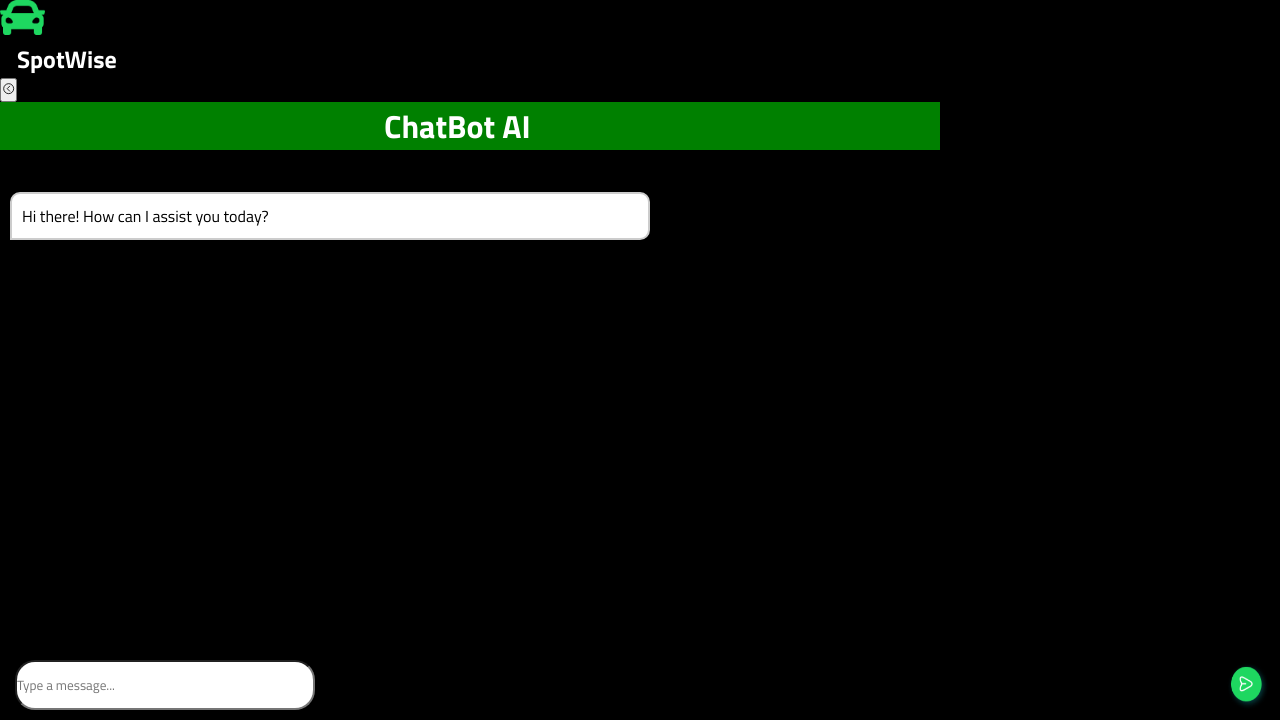
Repository: Rithingithub/SpotWise
Page: /support (app in client/)
An editor plug-in stored every save of this project. The page is shown before and after a run of saves, followed by the edit.
The browser window is 1280 px wide. The pictures show the whole page.
The project was rebuilt for these pictures with package versions that can differ from the ones it lists, and the page was loaded fresh each time. Also part of the build but not shown: client/src/pages/PhoneNumberInput.js, client/src/pages/OTPVerification.js, client/src/components/PaymentTiles.js, client/src/components/settings.js, client/src/components/history.js, client/src/components/Navbar.js, client/src/pages/box.module.css, client/src/pages/MainPage.js.

Above is the page before, as saved 2024-02-14 19:37:30.

### client/src/index.js
// index.js
import './app.module.css';
import './index.css';

import React, { useState, useEffect } from "react";
import {loadStripe} from '@stripe/stripe-js';
import {EmbeddedCheckoutProvider, EmbeddedCheckout} from '@stripe/react-stripe-js';
import { BrowserRouter as Router, Route, Routes, Navigate } from 'react-router-dom';

import SuperTokens from 'supertokens-web-js';
import Session from 'supertokens-web-js/recipe/session';
import Passwordless from 'supertokens-web-js/recipe/passwordless'

import ReactDOM from 'react-dom';
import { AuthProvider } from './pages/AuthContext';
import PhoneNumberInput from './pages/PhoneNumberInput';
import OTPVerification from './pages/OTPVerification';
import MainPage from './pages/MainPage';
import PaymentTiles from './components/PaymentTiles'
import Settings from './components/settings'
import History from './components/history'
import Support from './components/support'

SuperTokens.init({
  appInfo: {
      apiDomain: "http://localhost:8000",
      apiBasePath: "/auth",
      appName: "SpotWise",
  },
  recipeList: [
      Session.init(),
      Passwordless.init(),
  ],
});

const root=ReactDOM.createRoot(document.getElementById('root'));
root.render( <React.StrictMode>
  <AuthProvider>
    <Router>
      <Routes>
        <Route path="/" element={<MainPage />} />
        <Route path="/auth" element={<PhoneNumberInput />} />
        <Route path="/OTP" element={<OTPVerification />} />
        <Route path="/PaymentTiles" element={<PaymentTiles />} />
        <Route path="/settings" element={<Settings />} />
        <Route path="/history" element={<History />} />
        <Route path="/support" element={<Support />} />
      </Routes>
    </Router>
  </AuthProvider>
</React.StrictMode>,
);

### client/src/app.module.css
html{
  background-color: black;
}



img{
  padding-top: 0px;
  padding-left: 10px;
}

.Header{
  display: flex;
  align-items: center;
  padding-top: 10px;
}
h2{
  color: white;
  text-align: left;
  padding-left: 17px;
  padding-top: 0px;
}

.Content {
  display: flex;
  justify-content: center;
  align-items: center;

  height: 60vh;
}

.Content h1{
  color: white;
  display: flex;
  justify-content: center;
  align-items: center;
  padding-bottom: 70px;
  padding-left: 0px;

}

input[type="tel"] {
  /* Add any additional styles for the input here */
  width: 200px; /* Example width */
  height: 30px; /* Example height */
  padding: 5px;
  border: 1px solid #ccc;
  border-radius: 5px;
  background-color: #f4f4f4;
  color: #333;
  font-size: 14px;
  font-family: Arial, sans-serif;
  text-align: center;
}

.input-container {
  color: #ccc;
  display: flex;
  flex-direction: column; /* Stack children vertically */
  align-items: center; /* Center horizontally */
  gap: 50px; /* Add some vertical spacing between input and button */
}

.input-container input,
.input-container button {
  width: 200px; /* Set the desired width */
  height: 40px; /* Set the desired height */
}
.input-container button{
  background-color: rgb(23, 201, 23);
  border: 1px solid #ccc;
  border-radius: 5px;

}

label{
  color: #ccc;
}

p{
  color: #ccc;
  display: flex;
  flex-direction: column; /* Stack children vertically */
  align-items: center;

}

/*vtitle*/
.Vtitle{
  color: white;
  padding-top: 20px;
  justify-content: center;
  align-items: center;
  padding-left: 30px;
}

/* Default style for the input container */
.Vinput-container {
  display: inline-flex;
  flex-direction: row;
/*   padding-left: 0;
  padding-top: 180px; */
 /*  position: relative; */
  margin: 10px;
  padding-left: 40px;
}

/* Style for the input boxes */
.Vinput-container input[type="text"] {
  background-color: black;
  color: #ccc;
  border: none;
  border-bottom: 5px solid grey; /* Color for the bottom line */
  padding: 5px;
  width: 100px; /* Initial width is zero */
  text-align: center;
  transition: all 0.3s; /* Transition for animation */
  font-size: 18px; /* Adjust font size as needed */
  /* Add some spacing between input boxes */
}

/* Style for the input boxes when focused (clicked) */
.Vinput-container input[type="text"]:focus {
  outline: none;
  border: 2px solid green; /* Border for the entire box */
  width: 100px; /* Width when clicked, adjust as needed */
}

/* /* /* Style for the last input box, remove right margin */
.Vinput-container input[type="text"]:last-child {
  margin-right: 0px;

}
.Vinput-container input[type="text"]:first-child {
  margin-left: 0;
  }

  .VContent {
    display: flex;
    justify-content: center;
    align-items: center;
    height: 60vh;
  }

  .VContent button{
    background-color: rgb(23, 201, 23);
    border: 1px solid #ccc;
    border-radius: 5px;

    width: 200px;
    height: 40px;
}

.green-text {
  color: green;
  white-space: nowrap;
}



.map-container {
  position: relative;
  width: 200px; /* Adjust the width as needed */
  height: 200px; /* Adjust the height as needed */
  background-color: black;
  border: 2px dotted white;
}

.map-container.inside-box {
  background-color: red;
}

### client/src/pages/AuthContext.js
// AuthContext.js
import React, { createContext, useContext, useState } from 'react';

const AuthContext = createContext();

export function AuthProvider({ children }) {
  const [isAuthenticated, setIsAuthenticated] = useState(false);

  return (
    <AuthContext.Provider value={{ isAuthenticated, setIsAuthenticated }}>
      {children}
    </AuthContext.Provider>
  );
}

export function useAuth() {
  return useContext(AuthContext);
}

### client/src/components/support.js



  import React, { useState, useEffect } from 'react';
  import { IoChevronBackCircleOutline } from 'react-icons/io5';

  import prjLogo from '../images/icon_car.png';
  import sendicon from '../images/Send.png';
  import css_styles from "../components/style.module.css";
  import styles from '../components/support.module.css';

const Support = () => {
    const [messages, setMessages] = useState([]);
    const [input, setInput] = useState('');
    const [scrollContainerRef, setScrollContainerRef] = useState(null);
    const [initialBotResponseDisplayed, setInitialBotResponseDisplayed] = useState(false);

    useEffect(() => {
      // Set the scroll container reference when component mounts
      setScrollContainerRef(document.getElementById('chat-container'));
      // Start the chat with a greeting message
      receiveMessage('Hi there! How can I assist you today?');
    }, []);

    const sendMessage = () => {
      if (input.trim() === '') return;

      // Add user input to messages
      const newUserMessage = { text: input, isUser: true };
      setMessages((prevMessages) => [...prevMessages, newUserMessage]);

      setInput('');

      // Process the user's message
      processUserMessage(input);
    };

    const processUserMessage = (text) => {
      let response;
      switch (text.toLowerCase()) {
        case 'hello':
          response = 'Hi there! How can I assist you today?';
          break;
        case 'how are you?':
          response = 'I\'m just a chatbot, but thanks for asking!';
          break;
        case 'goodbye':
          response = 'Goodbye! Have a great day!';
          break;
        default:
          response = 'Sorry, I didn\'t understand that.';
          break;
      }

      receiveMessage(response);
    };

    const receiveMessage = (message) => {
      // Add bot response to messages only if initial bot response is already displayed
      if (initialBotResponseDisplayed) {
        const newBotMessage = { text: message, isUser: false };
        setMessages((prevMessages) => [...prevMessages, newBotMessage]);
      } else {
        // Display initial bot response and set the flag to true
        setMessages([{ text: message, isUser: false }]);
        setInitialBotResponseDisplayed(true);
      }
    };

    const handleKeyDown = (e) => {
      if (e.key === 'Enter') {
        sendMessage();
      }
    };

    const goBack = () => {
      window.location.href = '/';
    };

    return (
      <div>
        <div className={css_styles['Header']}>
                <img src={prjLogo} alt='Logo' width={55} height={35} />
                <h2>SpotWise</h2>
            </div>
            <button className={css_styles['back-button']} onClick={goBack}>
                <IoChevronBackCircleOutline className={css_styles['icon']} />
            </button>

            <div className={styles['bot-heading']}>
                <h1 className={styles['bot_heading']}>ChatBot AI</h1>
            </div>

        <div
          id="chat-container"
          className={styles['chat-container']}
          ref={scrollContainerRef}
        >
          {messages.map((message, index) => (
            <div key={index} className={message.isUser ? styles['user-message'] : styles['bot-message']}>
              {message.isUser ? (
                <textarea value={message.text} readOnly className={styles['user-response']} />
              ) : (
                <div className={styles['bot-response']}>
                  <span>{message.text}</span>
                </div>
              )}
            </div>
          ))}
        </div>

        <div className={styles['input-support-container']}>
                <input
                    className={styles['text-input']}
                    type='text'
                    value={input}
                    onChange={(e) => setInput(e.target.value)}
                    onKeyDown={handleKeyDown}
                    placeholder='Type a message...'
                />

                <a className={styles['custom-anchor']} onClick={sendMessage} ><img className='image-button' src={sendicon} width='54px' height='50px' alt='send-button'></img></a>
            </div>
      </div>
    );
  };

  export default Support;

### client/src/components/style.module.css
@import url("https://fonts.googleapis.com/css2?family=Titillium+Web:wght@300;400;700&display=swap");

* {
	padding: 0;
	margin: 0;
	box-sizing: border-box;
	font-family: "Titillium Web", sans-serif;
}

:root {
	--mainColor: black;
	--mainColorLight: #5767aa;
	--secondaryColor: #db2b39;
	--textColor: #eee;
}


img{
	padding-top: 0px;
	padding-left: 0px;
	padding-right: 10px;

  }

header {
	display: flex;
	align-items: center;
	justify-content: space-between;
	height: 80px;
	padding: 0 2rem;
	background-color: var(--mainColor);
	color: var(--textColor);
	/* position: fixed; */
}

nav a {
	margin: 0 1rem;
	color: var(--textColor);
	text-decoration: none;
	display: inline-flex; /* Use flexbox to align image and text */
	align-items: center; /* Vertically center items within the box */
	padding: 10px;
	background-color: #1ed760;
	border-radius: 5px;
	width: 300px; /* Set a fixed width for all navigation links */
	text-align: center; /* Center text horizontally within the box */

  }


nav a:hover {
	color: var(--secondaryColor);
}

header .nav-btn {
	padding: 5px;
	cursor: pointer;
	background: transparent;
	border: none;
	outline: none;
	color: var(--textColor);
	visibility: hidden;
	opacity: 0;
	font-size: 1.8rem;

}

header div,
nav {
	display: flex;
	align-items: center;



}

@media only screen and (max-width: 1024px) {
	header .nav-btn {
		visibility: visible;
		opacity: 1;
	}

	header nav {
		position: fixed;
		top: -100vh;
		left: 0;
		height: 100%;
		width: 100%;
		display: flex;
		flex-direction: column;
		align-items: center;
		justify-content: center;
		gap: 1.5rem;
		background-color: var(--mainColor);
		transition: 1s;
	}

	header .responsive_nav {
		transform: translateY(100vh);
	}


	nav .nav-close-btn {
		position: absolute;
		top: 2rem;
		right: 2rem;
	}

	nav a {
		font-size: 1.5rem;
	}

	/* .Header{
	position: fixed;
  	top: 30px;
 	left: 50%;
  	transform: translate(-50%, -50%);
	} */

	.Header {
		position: fixed;
		top: 10px; /* Adjust the top value as needed */
		left: 50%;
		transform: translateX(-50%);
		display: flex;
		align-items: center;
	  }

	  .Header img {
		margin-right: 10px; /* Adjust the margin as needed */
	  }

	.back-button{
		color: white;
		background-color: transparent;
		border: none;
		padding-top: 15px;
		padding-left: 15px;
		position: fixed;

	}

	.icon{
		font-size: 2.7rem;

	}
	.icon:hover {
		color: var(--secondaryColor);
	}




	.paytiles{
	display: flex;
  	flex-direction: column;
  	align-items: center; /* Center items horizontally */
  	justify-content: center; /* Center items vertically */
  	height: 100vh;
	}
	.paytiles img {
		margin-bottom: 20px; /* Adjust the value as needed to add space at the bottom of each image */
	  }


}

### client/src/components/support.module.css
/* support.css */

.input-support-container {
  display: flex;
  justify-content: flex-end; /* Move items to the right */
  position: fixed;
  bottom: 10px;
  flex-direction: row;
  margin-top: 10px;
  margin-right: 10px; /* Add margin to the right for spacing */
  gap: 30px;
  left: 15px;

}

.input-support-container .text-input {

  width: 300px;
  height: 50px;
  border-radius: 20px;
}

.custom-anchor {
  padding-top: 10px;
  position: fixed;
  right: 0;
  bottom: 3px;
}


.bot-response {
  margin-top: 40px; /* Adjust the margin-top value as needed */
  margin-left: 10px;
  width: 50%;
  padding: 10px;
  box-sizing: border-box;
  border: 2px solid #ccc;
  border-radius: 10px 10px 10px 0;
  font-size: 16px;
  color: black;
  position: relative;
  background-color: white;
}

.bot-response::before {
  content: "";
  position: absolute;
  bottom: 0; /* Adjust the bottom value to align the triangle */
  left: -30px;
  border-width: 10px 10px 0 0;
  border-style: solid;
  border-color: #ccc transparent transparent transparent;
}


.bot-heading{
  color: green;
}

.bot-message{
  margin-top: auto;

}

.bot_heading{
  color: white;
  position: fixed;
  padding-left: 30%;
  padding-right: 32%;
  background-color: green;
}

.chat-container {
  overflow-y: auto;
  max-height: 700px; /* Set the maximum height as needed */
  margin-top: 50px;
  margin-bottom: 40px;

}

.user-response {
  width: 50%;
  padding: 10px;
  box-sizing: border-box;
  border: 2px solid #ccc;
  border-radius: 10px 10px 0 10px;
  font-size: 16px;
  color: black;
  background-color: white;
  position: relative;
  left: 180px;
  top:5px;

}

.user-response::before {
  content: "";
  position: absolute;
  bottom: -20px;
  right: -30px;
  border-width: 0 10px 10px 0;
  border-style: solid;
  border-color: transparent #ccc transparent transparent;
}

Loaded but not shown: client/public/index.html (common file); client/src/index.css (common file)

After the next 2 saves:
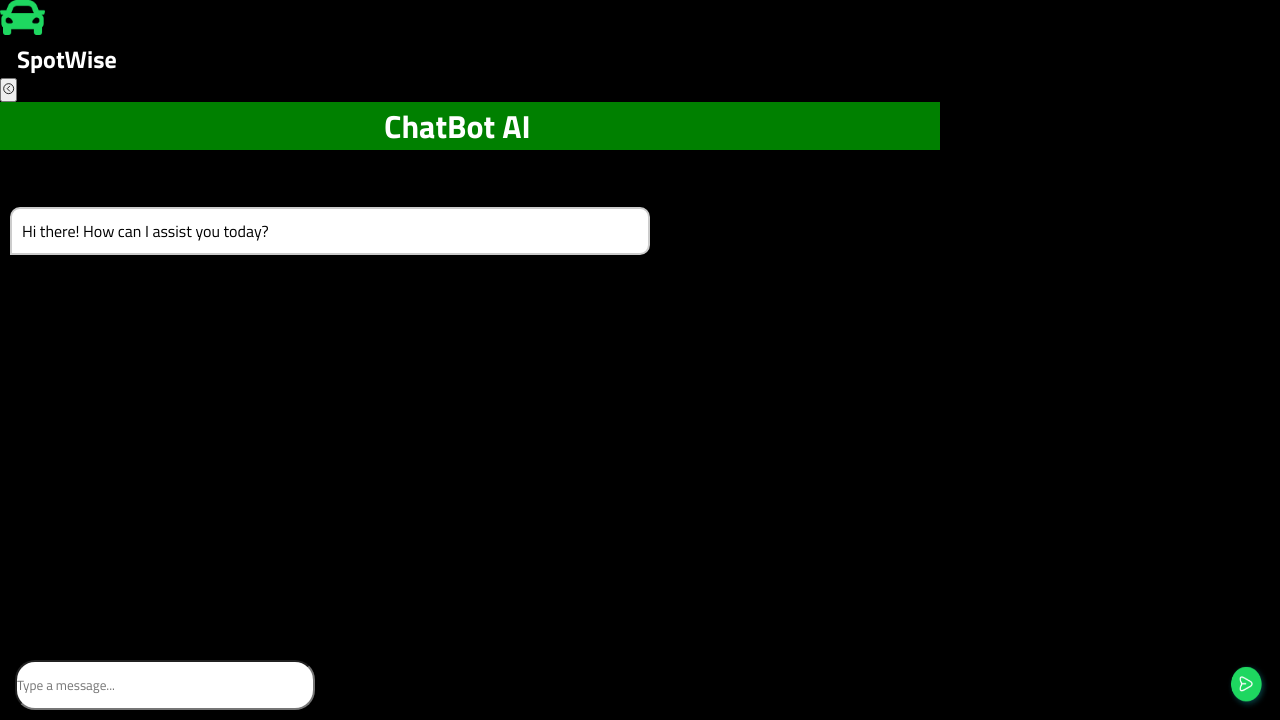
The 2 saves are shown as one change because they came seconds apart.
The last was saved 7 s later.
--- a/client/src/components/support.module.css
+++ b/client/src/components/support.module.css
@@ -29,7 +29,7 @@
 
 
 .bot-response {
-  margin-top: 40px; /* Adjust the margin-top value as needed */
+  margin-top: 55px; /* Adjust the margin-top value as needed */
   margin-left: 10px;
   width: 50%;
   padding: 10px;
